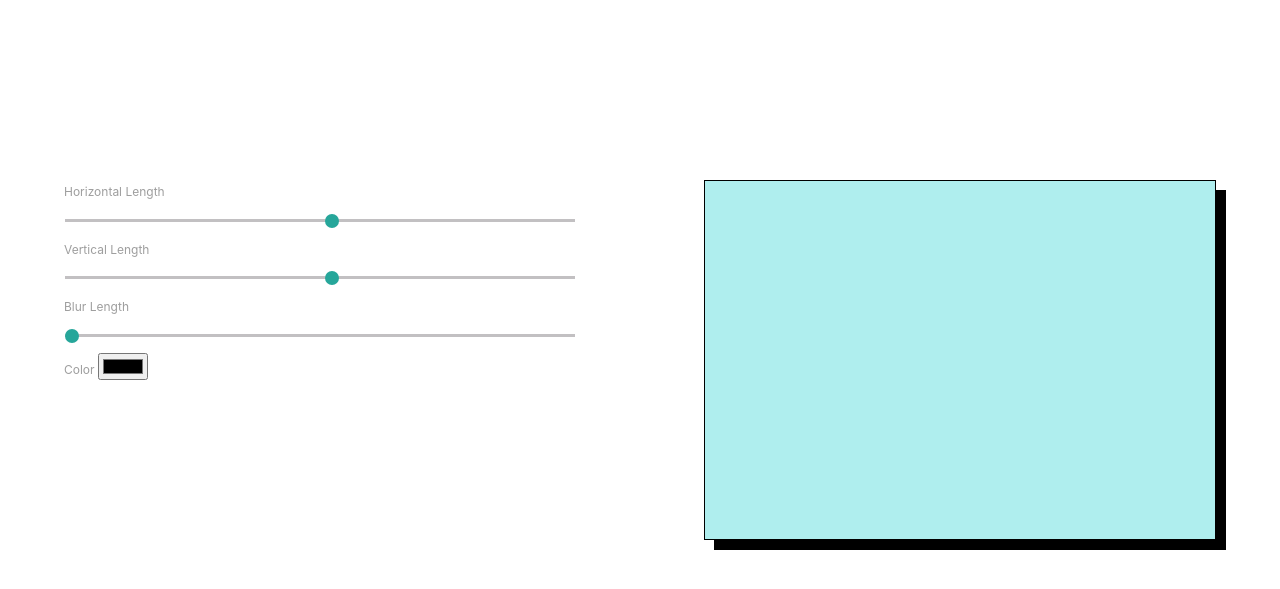
Repository: imrvj/Box-Shadow
Page: /
These files come from the project's save history. The page is drawn as it stood at one moment and after the next save; the edit follows.
The browser window is 1280 px wide. The pictures show the whole page.
The project was rebuilt for these pictures with package versions that can differ from the ones it lists, and the page was loaded fresh each time.

Above is the page before, as saved 2020-02-19 23:37:29.

After the next save:
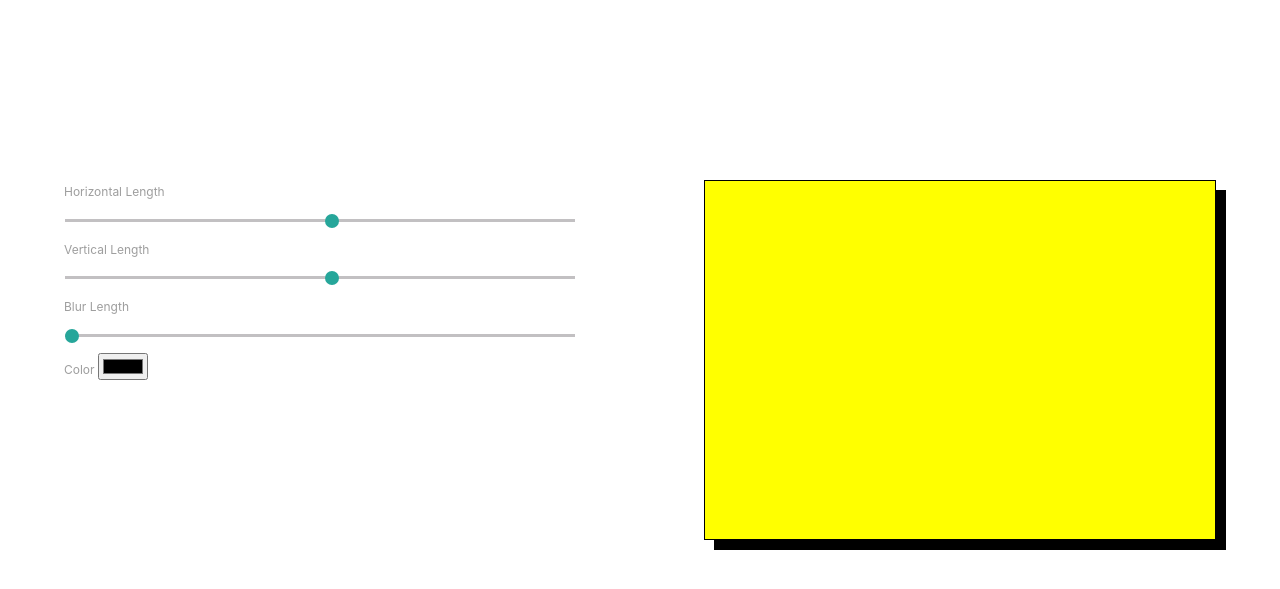
Saved 33 s later.
--- a/src/App.css
+++ b/src/App.css
@@ -11,7 +11,7 @@
     width: 40vw;
     height: 50vh;
     border: solid 1px black;
-    background-color: paleturquoise;
+    background-color: yellow;
     color:white;
 }
 
